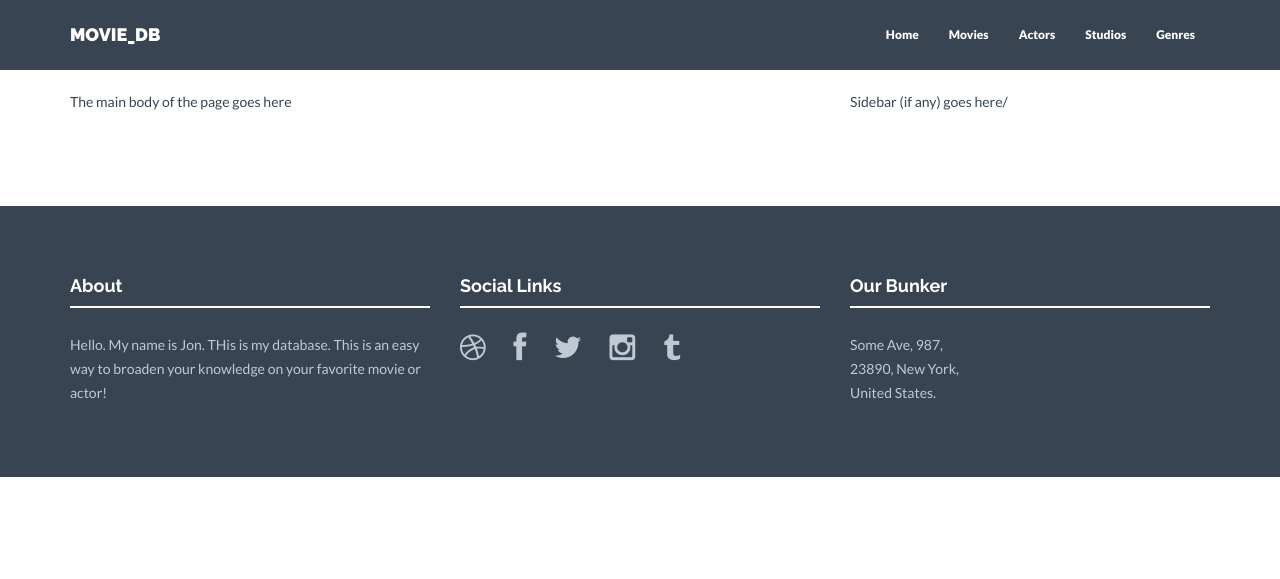
Repository: jonak91/Buzzerd-index
Page: http://localhost/admin.php
The author's editor kept a record of every edit. The page is drawn from the files as they stood at one moment, then again after the next edit.
The browser window is 1280 px wide. The pictures show the whole page.
Some web libraries are served in a nearby version. The page is run by PHP 8.4 with error messages shown; the project is at /var/www/html/.

Above is the page before.
Not found: assets/js/modernizr.js

After the next edit:
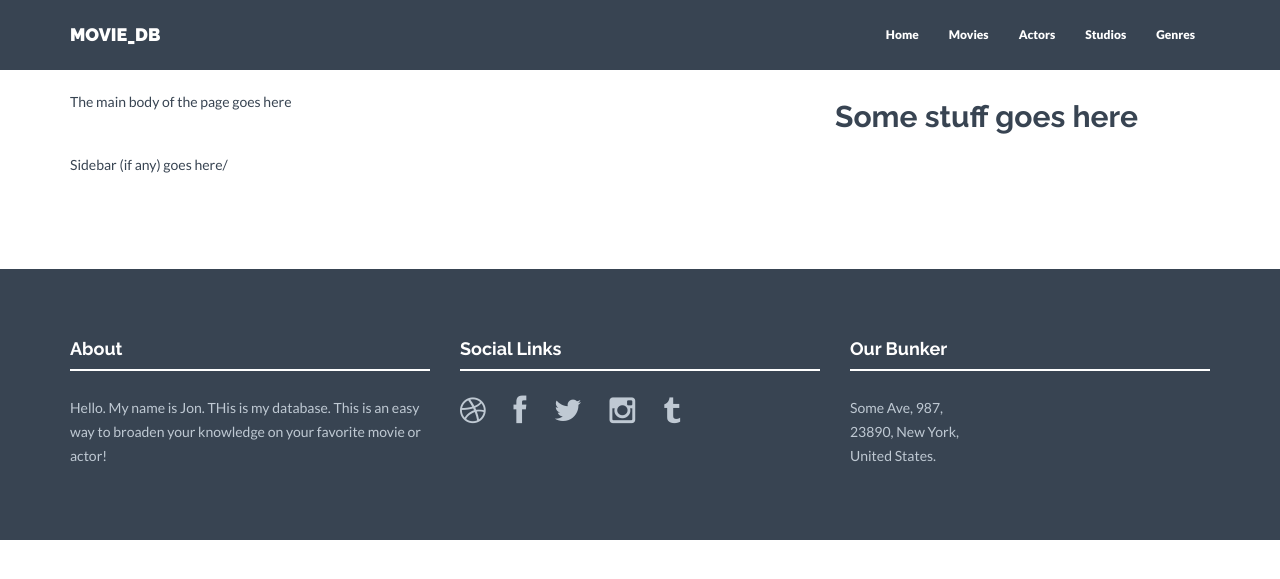
The edit:
--- a/admin.php
+++ b/admin.php
@@ -9,7 +9,7 @@
 	 			<p>The main body of the page goes here</p>
 
 			</div><! --/ MAIN CONTENT AREA -->
-
+	 		<h2>Some stuff goes here</h2>
 
 	 		<! -- SIDEBAR -->
 	 		<div class="col-lg-4">
